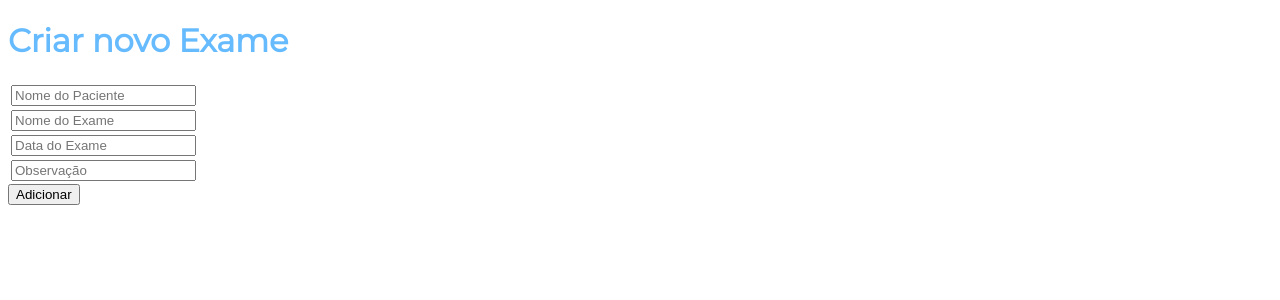
Repository: consultorgomes/exameSocTest
Page: exames/src/main/webapp/novo.html
These files come from the project's save history. The page is drawn as it stood at one moment and after the next save; the edit follows.
The browser window is 1280 px wide. The pictures show the whole page.

Above is the page before, as saved 2021-09-09 05:01:26.

After the next save:
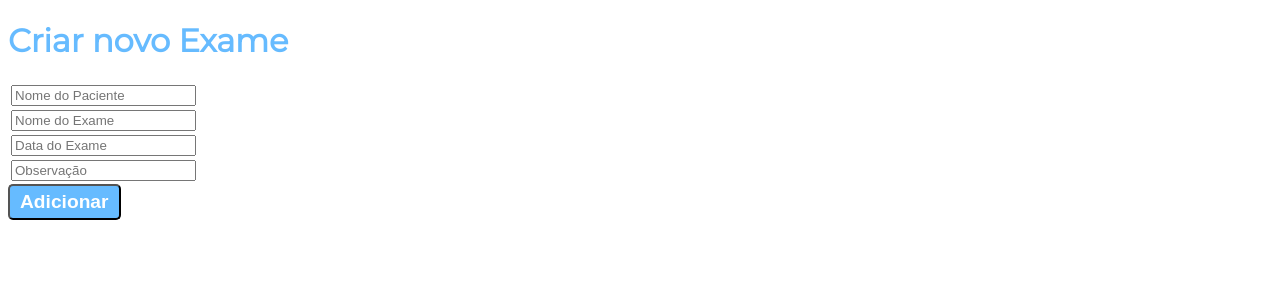
Saved 8 min 27 s later.
--- a/exames/src/main/webapp/novo.html
+++ b/exames/src/main/webapp/novo.html
@@ -8,22 +8,24 @@
 </head>
 <body>
 	<h1>Criar novo Exame</h1>
-	<form name="frmExame" action= "">
+	<form name="frmExame" action="">
 		<table>
 			<tr>
-				<td><input type="text" name = "nomeP" placeholder="Nome do Paciente"></td>
+				<td><input type="text" name="nomeP"
+					placeholder="Nome do Paciente" class="Caixa1"></td>
 			</tr>
 			<tr>
-				<td><input type="text" name = "nomeE" placeholder="Nome do Exame"></td>
+				<td><input type="text" name="nomeE" placeholder="Nome do Exame"></td>
 			</tr>
 			<tr>
-				<td><input type="text" name = "data" placeholder="Data do Exame"></td>
+				<td><input type="text" name="data" placeholder="Data do Exame"></td>
 			</tr>
 			<tr>
-				<td><input type="text" name = "obs" placeholder="Observação"></td>
+				<td><input type="text" name="obs" placeholder="Observação"
+					class="Caixa1"></td>
 			</tr>
 		</table>
-		<input type="button" value="Adicionar">
+		<input type="button" value="Adicionar" class="Botao1">
 
 	</form>
 
